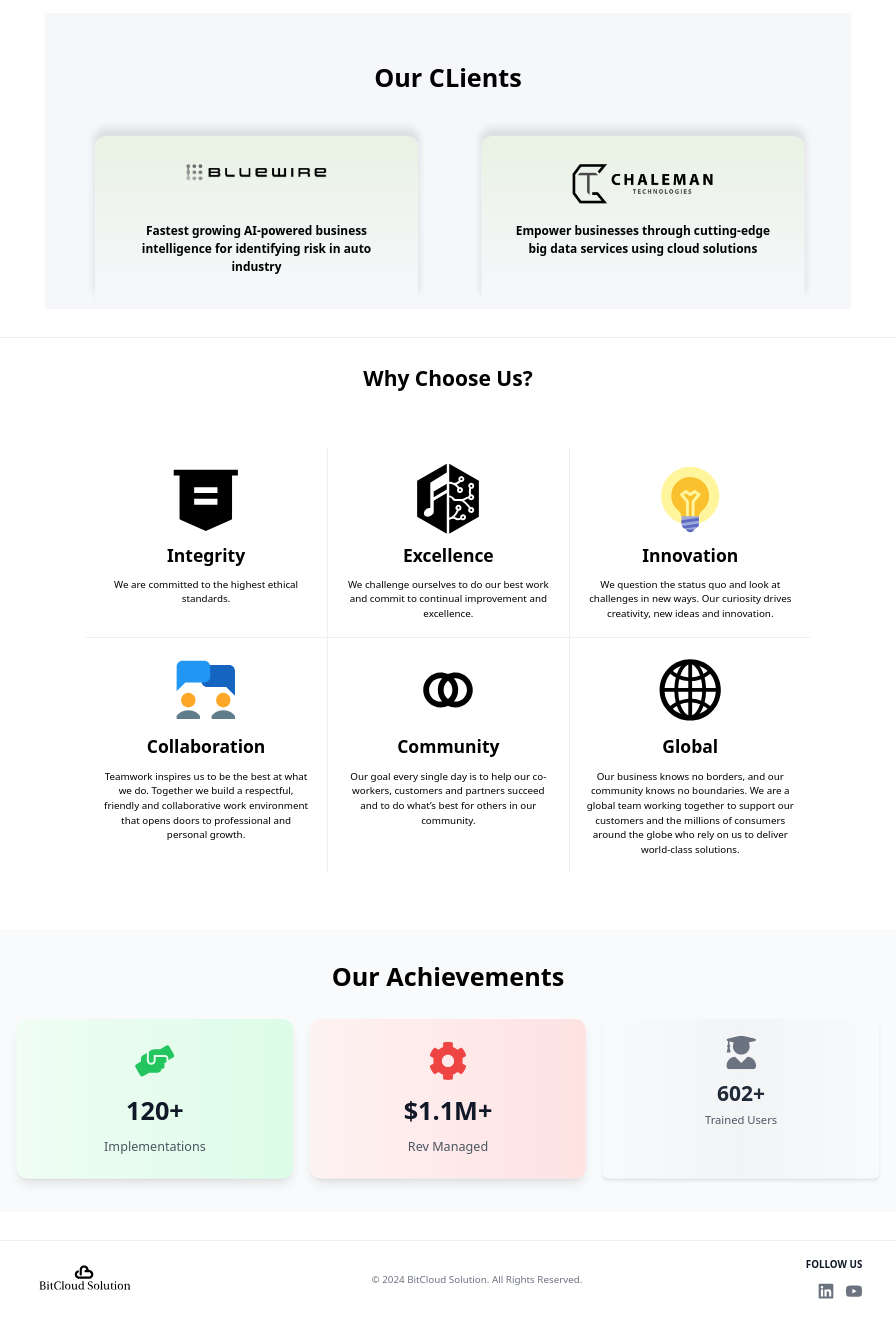
Repository: huzaifaBitCloud/BitCloud-website
Page: /
These files come from the project's save history. The page is drawn as it stood at one moment and after the next save; the edit follows.
The browser window is 1280 px wide. The pictures show the part of the page from y = 822 to 2742 px (the page is 2742 px tall), at 70% of full size.
The project was rebuilt for these pictures with package versions that can differ from the ones it lists, and the page was loaded fresh each time. The framework's server and built-in components were replaced by stand-ins that run in the browser. Also part of the build but not shown: next.config.mjs.

Above is the page before, as saved 2025-01-09 17:08:59.

After the next save:
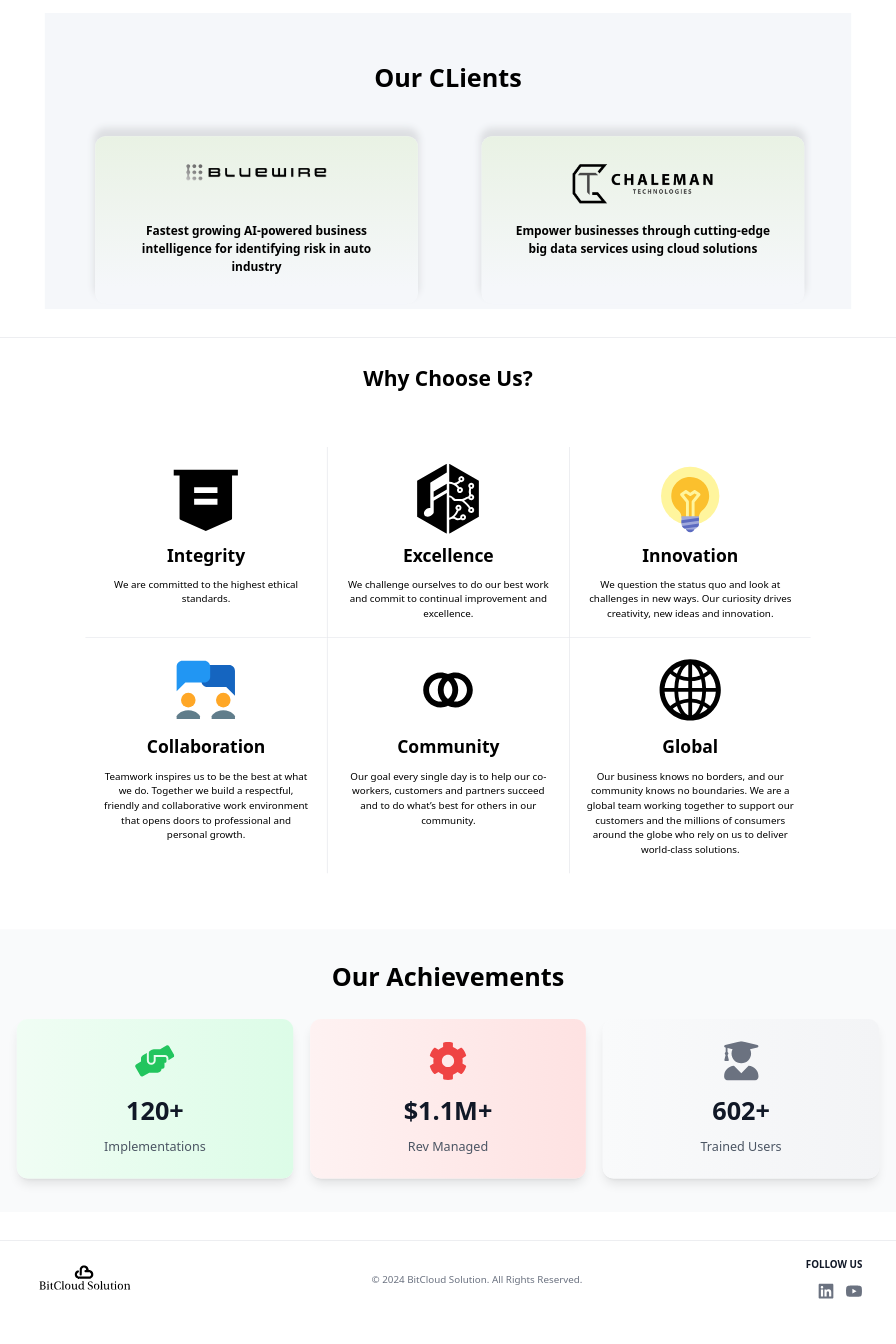
Saved 61 s later.
--- a/src/components/Achievements.tsx
+++ b/src/components/Achievements.tsx
@@ -39,12 +39,14 @@
           </div>
 
           {/* Card 3 */}
-          <div className="bg-gradient-to-r from-gray-50 via-gray-100 to-gray-50 p-6 rounded-lg shadow-md text-center transform transition duration-500 hover:scale-105">
-            <div className="flex justify-center items-center mb-4">
-              <FaUserGraduate className="w-12 h-12 text-gray-500" />
+          <div
+            className="bg-gradient-to-r from-gray-50 to-gray-100 p-8 rounded-2xl shadow-lg text-center transform transition duration-700 hover:-translate-y-3"
+          >
+            <div className="flex justify-center items-center mb-6">
+              <FaUserGraduate className="w-14 h-14 text-gray-500" />
             </div>
-            <h3 className="text-3xl font-bold text-gray-800">602+</h3>
-            <p className="text-gray-600 mt-2">Trained Users</p>
+            <h3 className="text-4xl font-bold text-gray-900">602+</h3>
+            <p className="text-gray-600 mt-4 text-lg">Trained Users</p>
           </div>
         </div>
       </div>
